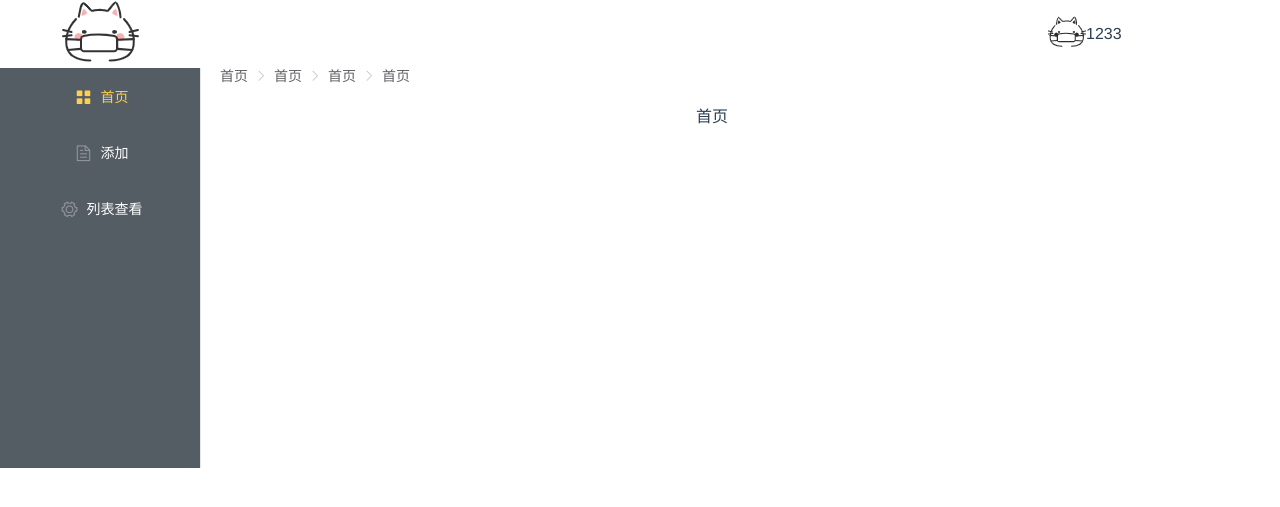
Repository: faintout/backMng
Page: / (app in backmng/)
An editor plug-in stored every save of this project. The page is shown before and after the next save, followed by the edit.
The browser window is 1280 px wide. The pictures show the whole page.
The project was rebuilt for these pictures with package versions that can differ from the ones it lists, and the page was loaded fresh each time. Also part of the build but not shown: backmng/vue.config.js.

Above is the page before, as saved 2020-12-31 14:57:33.

### backmng/public/index.html
<!DOCTYPE html>
<html lang="en">
  <head>
    <meta charset="utf-8">
    <meta http-equiv="X-UA-Compatible" content="IE=edge">
    <meta name="viewport" content="width=device-width,initial-scale=1.0">
    <link rel="icon" href="<%= BASE_URL %>favicon.ico">
    <title><%= htmlWebpackPlugin.options.title %></title>
  </head>
  <!-- <script src="https://cdn.bootcdn.net/ajax/libs/jquery/3.5.1/jquery.js"></script> -->
  <body>
    <noscript>
      <strong>We're sorry but <%= htmlWebpackPlugin.options.title %> doesn't work properly without JavaScript enabled. Please enable it to continue.</strong>
    </noscript>
    <div id="app"></div>
    <!-- built files will be auto injected -->
  </body>
</html>

### backmng/src/main.js
import Vue from 'vue'
import App from './App.vue'
import router from './router'
import store from './store'
import ElementUI from 'element-ui'
import 'element-ui/lib/theme-chalk/index.css'
import './assets/index.css'
import $ from 'jquery'
import axios from "axios"

Vue.use(ElementUI)
// Vue.use(axios)
Vue.prototype.$axios = axios;
Vue.config.productionTip = false

new Vue({
  router,
  store,
  render: h => h(App)
}).$mount('#app')

### backmng/src/App.vue
<template>
  <div id="app">
    <router-view/>
  </div>
</template>

<style lang="less">
#app {
  font-family: Avenir, Helvetica, Arial, sans-serif;
  -webkit-font-smoothing: antialiased;
  -moz-osx-font-smoothing: grayscale;
  text-align: center;
  color: #2c3e50;
  height: 100%;
}

#nav {
  padding: 30px;

  a {
    font-weight: bold;
    color: #2c3e50;

    &.router-link-exact-active {
      color: #42b983;
    }
  }
}
</style>

### backmng/src/router/index.js
import Vue from 'vue'
import VueRouter from 'vue-router'
import Layout from '../views/layout.vue'
import _index from '../views/_index.vue'
import addList from '../views/addList.vue'
import list from '../views/list.vue'
import login from '../views/login.vue'

Vue.use(VueRouter)

const routes = [
    // {
    //     path:'*',
    //     name:'redirect',
    //     redirect:'/login'
    // },
    {
        path:'/',
        name:'redirect',
        redirect:'/_index'
    },
    {
        path:'/login',
        name:'login',
        component:login
    },
    {
        path: '/layout',
        name: 'Layout',
        component: Layout,
        redirect:'/_index',
        children: [
            {
                path: '/_index',
                name: '首页',
                component: _index,
            },
            {
                path: '/addList',
                name: '添加',
                component: addList,
            },
            {
                path: '/list',
                name: '列表查看',
                component: list,
            },
        ]
    },
]

const router = new VueRouter({
    routes
})

export default router

### backmng/src/store/index.js
import Vue from 'vue'
import Vuex from 'vuex'
import local from '../toolUtil/local.js'

Vue.use(Vuex)

export default new Vuex.Store({
    state: {
        token: local('backMng_token')?local('backMng_token'):''
    },
    mutations: {
        setToken(state, token) {
            //   state.token = token/
            local('backMng_token', token)
            //设置token
            state.token = token
        },
        getToken(state) {
            let token = local('backMng_token')
            state.token =token?token:''
      }
    },
    actions: {
    },
    modules: {
    }
})

### backmng/src/assets/index.css
* {
    /* width: 100%;
    height: 100%; */
    padding: 0;
    margin: 0;
}
html,body{
    height: 100%;
}
.h100{
    height: 100%;
}

### backmng/src/views/layout.vue
<template>
    <div class="h100">
        <div class="menu_list" style="width:200px;float:left">
            <!-- <header-top></header-top> -->
            <img :src="require('../assets/images/'+(!isCollapse?'7':'7_25px')+'.png')" alt="" @click="isCollapse = !isCollapse" :style="{left:isCollapse?'-64px':0}">
            <!-- <img src="../assets/images/7.png" alt="" @click="isCollapse = !isCollapse" style="cursor:pointer;"> -->
            <el-row class="tac h100">
                <el-col :span="12" class="h100">
                    <el-menu default-active="/_index" router class="el-menu-vertical-demo" @open="handleOpen" @close="handleClose" background-color="#545c64" text-color="#fff" active-text-color="#ffd04b" :collapse="isCollapse">
                        <el-menu-item index="/_index">
                            <i class="el-icon-menu"></i>
                            <span slot="title">首页</span>
                        </el-menu-item>
                        <el-menu-item index="/addList">
                            <i class="el-icon-document"></i>
                            <span slot="title">添加</span>
                        </el-menu-item>
                        <el-menu-item index="/list">
                            <i class="el-icon-setting"></i>
                            <span slot="title">列表查看</span>
                        </el-menu-item>
                    </el-menu>
                </el-col>
            </el-row>
        </div>
        <div style="width:80%;float:left">
            <header-top></header-top>
            <div class="content">
                <el-breadcrumb separator-class="el-icon-arrow-right"  style="margin: 5px 0 20px 20px;">
                    <el-breadcrumb-item>{{$route.name}}</el-breadcrumb-item>
                    <el-breadcrumb-item>{{$route.name}}</el-breadcrumb-item>
                    <el-breadcrumb-item>{{$route.name}}</el-breadcrumb-item>
                    <el-breadcrumb-item>{{$route.name}}</el-breadcrumb-item>
                </el-breadcrumb>
                <router-view></router-view>
            </div>
        </div>


    </div>
</template>

<script>
    import headerTop from './headerTop'
    export default {
        components: {
            headerTop
        },
        data() {
            return {
                isCollapse: false
            }
        },
        watch: {},
        computed: {},
        methods: {
            handleOpen(key, keyPath) {
                console.log(key, keyPath);
            },
            handleClose(key, keyPath) {
                console.log(key, keyPath);
            }
        },
        mounted() {},
        created() {},
    }
</script>
<style lang="less" scoped>
    .el-menu-vertical-demo:not(.el-menu--collapse) {
        width: 200px;
        min-height: 400px;
        // height: calc(100% - 64px);
    }

    .menu_list {
        img {
            cursor: pointer;
            position: relative,
        }
    }
</style>

### backmng/src/views/_index.vue
<template>
  <div>首页</div>
</template>

<script>
export default {
  components:{},
  data(){
    return {
    }
  },
  watch:{},
  computed:{},
  methods:{},
  mounted(){},
  created(){},
}
</script>
<style lang="less" scoped>
</style>

### backmng/src/toolUtil/local.js
export default   (key, value) => {
    return value ? localStorage.setItem(key, value) : localStorage.getItem(key)
}
// export local

### backmng/src/views/headerTop.vue
<template>
    <div>
        <div class="header">
            <div class="user_info">
                <div class="user_pic">
                    <img src="../assets/images/user_pic.png" alt="">
                </div>
                <div class="user_name">1233</div>
            </div>
        </div>
    </div>
</template>

<script>
    export default {
        components: {},
        data() {
            return {}
        },
        watch: {},
        computed: {},
        methods: {},
        mounted() {},
        created() {},
    }
</script>
<style lang="less" scoped>
    .header {
        // display: flex;
        justify-content: space-between;
        height: 64px;
        width: 100%;
        vertical-align: middle;
        display: inline-block;
        // img{
        //     float: left;
        // }
    }

    .user_info div {
        display: inline-block;
        margin-top: 16px;
    }

    .user_info {
        text-align: center;
        margin-right: 10%;
        vertical-align: middle;
        float: right;
    }

    .user_name {
        vertical-align: middle;
        display: inline-block;
    }

    .user_pic {
        vertical-align: middle;
    }
</style>

### backmng/src/views/addList.vue
<template>
    <div>
        <el-form :model="ruleForm" :rules="rules" ref="ruleForm" label-width="100px" class="demo-ruleForm">
            <el-form-item label="活动名称" prop="name">
                <el-input v-model="ruleForm.name"></el-input>
            </el-form-item>
            <el-form-item label="活动名称" prop="info">
                <el-input v-model="ruleForm.info"></el-input>
            </el-form-item>
            <el-form-item label="info1" prop="info1">
                <el-input v-model="ruleForm.name"></el-input>
            </el-form-item>
            <el-form-item label="info2" prop="info2">
                <el-input v-model="ruleForm.name"></el-input>
            </el-form-item>
            <el-form-item label="info3" prop="info3">
                <el-input v-model="ruleForm.name"></el-input>
            </el-form-item>
            <el-form-item label="info4" prop="info4">
                <el-input v-model="ruleForm.name"></el-input>
            </el-form-item>
            <el-form-item label="info5" prop="info5">
                <el-input v-model="ruleForm.name"></el-input>
            </el-form-item>
            <el-form-item label="info6" prop="info6">
                <el-input v-model="ruleForm.name"></el-input>
            </el-form-item>
            <!-- <el-form-item label="活动区域" prop="region">
                <el-select v-model="ruleForm.region" placeholder="请选择活动区域">
                    <el-option label="区域一" value="shanghai"></el-option>
                    <el-option label="区域二" value="beijing"></el-option>
                </el-select>
            </el-form-item>
            <el-form-item label="活动时间" required>
                <el-col :span="11">
                    <el-form-item prop="date1">
                        <el-date-picker type="date" placeholder="选择日期" v-model="ruleForm.date1" style="width: 100%;"></el-date-picker>
                    </el-form-item>
                </el-col>
                <el-col class="line" :span="2">-</el-col>
                <el-col :span="11">
                    <el-form-item prop="date2">
                        <el-time-picker placeholder="选择时间" v-model="ruleForm.date2" style="width: 100%;"></el-time-picker>
                    </el-form-item>
                </el-col>
            </el-form-item>
            <el-form-item label="即时配送" prop="delivery">
                <el-switch v-model="ruleForm.delivery"></el-switch>
            </el-form-item>
            <el-form-item label="活动性质" prop="type">
                <el-checkbox-group v-model="ruleForm.type">
                    <el-checkbox label="美食/餐厅线上活动" name="type"></el-checkbox>
                    <el-checkbox label="地推活动" name="type"></el-checkbox>
                    <el-checkbox label="线下主题活动" name="type"></el-checkbox>
                    <el-checkbox label="单纯品牌曝光" name="type"></el-checkbox>
                </el-checkbox-group>
            </el-form-item>
            <el-form-item label="特殊资源" prop="resource">
                <el-radio-group v-model="ruleForm.resource">
                    <el-radio label="线上品牌商赞助"></el-radio>
                    <el-radio label="线下场地免费"></el-radio>
                </el-radio-group>
            </el-form-item>
            <el-form-item label="活动形式" prop="desc">
                <el-input type="textarea" v-model="ruleForm.desc"></el-input>
            </el-form-item> -->
            <el-form-item>
                <el-button type="primary" @click="submitForm('ruleForm')">立即创建</el-button>
                <el-button @click="resetForm('ruleForm')">重置</el-button>
            </el-form-item>
        </el-form>
    </div>
</template>

<script>
    export default {
        components: {},
        data() {
            return {
                ruleForm: {
                    name: '',
                    info: '',
                    info1: '',
                    info2: '',
                    info3: '',
                    info4: '',
                    info5: '',
                    info6: ''
                },
                rules: {
                    name: [
                        { required: true, message: '内容不能为空', trigger: 'blur' },
                    ],
                    info: [
                        { required: true, message: '内容不能为空', trigger: 'blur' },
                    ],
                    // date1: [
                    //     { type: 'date', required: true, message: '请选择日期', trigger: 'change' }
                    // ],
                    // date2: [
                    //     { type: 'date', required: true, message: '请选择时间', trigger: 'change' }
                    // ],
                    // // type: [
                    // //     { type: 'array', required: true, message: '请至少选择一个活动性质', trigger: 'change' }
                    // // ],
                    // // resource: [
                    // //     { required: true, message: '请选择活动资源', trigger: 'change' }
                    // // ],
                    // desc: [
                    //     { required: true, message: '请填写活动形式', trigger: 'blur' }
                    // ]
                }
            }
        },
        porp:['editData'],
        watch: {
            editData(n,o){
                this.ruleForm = n
            }
        },
        computed: {},
        methods: {
            submitForm(formName) {
                this.$refs[formName].validate((valid) => {
                    if (valid) {
                        // alert('submit!');
                        // 提交
                    } else {
                        // console.log('error submit!!');
                        this.$message.error('请输入必填信息！')
                        return false;
                    }
                });
            },
            resetForm(formName) {
                this.$refs[formName].resetFields();
            }
        },
        mounted() {},
        created() {},
    }
</script>
<style lang="less" scoped>
</style>

### backmng/src/views/list.vue
<template>
    <div class="list_content">
        <el-table class="list_content_table" :data="tableData.filter(data => !search || data.name.toLowerCase().includes(search.toLowerCase()))" style="width: 100%">
            <el-table-column label="Date" prop="date">
            </el-table-column>
            <el-table-column label="Name" prop="name">
            </el-table-column>
            <!-- <el-table-column label="Name" prop="name">
            </el-table-column>
            <el-table-column label="Name" prop="name">
            </el-table-column>
            <el-table-column label="Name" prop="name">
            </el-table-column>
            <el-table-column label="Name" prop="name">
            </el-table-column>
            <el-table-column label="Name" prop="name">
            </el-table-column> -->
            <el-table-column align="right">
                <template slot="header" >
                    <el-input v-model="search" size="mini" placeholder="输入关键字搜索" />
                </template>
                <template slot-scope="scope">
                    <el-button size="mini" @click="handleEdit(scope.$index, scope.row)">Edit</el-button>
                    <el-button size="mini" type="danger" @click="handleDelete(scope.$index, scope.row)">Delete</el-button>
                </template>
            </el-table-column>
        </el-table>
        <!-- 每页14个 -->
        <el-pagination background layout="prev, pager, next" :total="1000">
        </el-pagination>
        <el-dialog title="修改信息" :visible.sync="dialogVisible" width="70%">
            <addList :editData="editData"></addList>
            <span slot="footer" class="dialog-footer">
                <el-button @click="dialogVisible = false">取 消</el-button>
                <el-button type="primary" @click="dialogVisible = false">确 定</el-button>
            </span>
        </el-dialog>
    </div>
</template>

<script>
    import addList from './addList'
    export default {
        components: { addList },
        data() {
            return {
                editData:'',
                dialogVisible: false,
                tableData: [{
                    date: '2016-05-02',
                    name: '王小虎',
                    address: '上海市普陀区金沙江路 1518 弄'
                }, {
                    date: '2016-05-04',
                    name: '王小虎',
                    address: '上海市普陀区金沙江路 1517 弄'
                }, {
                    date: '2016-05-01',
                    name: '王小虎',
                    address: '上海市普陀区金沙江路 1519 弄'
                }, {
                    date: '2016-05-03',
                    name: '王小虎',
                    address: '上海市普陀区金沙江路 1516 弄'
                }],
                search: ''
            }
        },
        watch: {},
        computed: {},
        methods: {
            handleEdit(index, row) {
                console.log(index, row);
                this.dialogVisible = true
                this.editData = row
            },
            handleDelete(index, row) {
                console.log(index, row);
            },
            addData() {
                for (let i = 0; i < 100; i++) {
                    this.tableData.push({
                        date: '2016-05-02',
                        name: '王小虎',
                        address: '上海市普陀区金沙江路 1518 弄'
                    })
                }
            }
        },
        mounted() {},
        created() {
            this.addData()
        },
    }
</script>
<style lang="less" scoped>
    .list_content {
        width: 100%;
        height: 100%;
    }

    .list_content_table {
        width: 90%;
        margin-left: 5%;
        height: 820px;
        overflow: scroll;
    }
</style>

### backmng/src/views/login.vue
<template>
    <div class="bgc" :style="{background:'url('+imgUrl+')'}">
        <div class="login_contnet">
            <div class="user_admin">
                <el-input v-model="userName" placeholder="请输入用户名" size="small"></el-input>

            </div>
            <div class="user_password">
                <el-input v-model="passWord" placeholder="请输入密码" show-password size="small"></el-input>

            </div>
            <el-button type="primary" @click="login" size="small">登录</el-button>
        </div>

    </div>
</template>

<script>
    import { AjaxTool } from '../request/request'
    import store from '../store/index'
    import local from '../toolUtil/local'
    import router from '../router/index'
    export default {
        components: {},
        data() {
            return {
                userName: '',
                passWord: '',
                imgUrl: ''
            }
        },
        watch: {},
        computed: {},
        methods: {
            login() {
                AjaxTool.login({ "userName": this.userName, "passWord": this.passWord, }).then(
                    res => {
                        //本地存储
                        if (res.success) {
                            local('backMng_token', res.token)
                            this.$message({
                                type: 'success',
                                message: res.msg
                            })
                            router.push('/')
                        } else {
                            this.$message.error(res.msg)
                        }
                    }
                )
            }
        },
        mounted() {
            var self = this
            $.ajax({
                type: "GET",
                url: '/img/acgurl.php?return=json',
                success: res => {
                    console.log(res);
                    // this.$nick()
                    // self.imgUrl = res.imgurl
                }
            })
        },
        created() {

        },
    }
</script>
<style lang="less" scoped>
    .login_contnet {
        position: relative;
        width: 10%;
        border: 1px solid #fff;
        border-radius: 10px;
        padding: 2% 3%;
        background-color: rgba(255, 255, 255, 0.4);
        left: 65%;
        top: 40%;
    }

    .bgc {
        width: 100%;
        height: 100%;
    }

    .user_admin,
    .user_password {
        margin-bottom: 5%;
    }
</style>

### backmng/src/request/request.js
import axios from 'axios'
import store from '../store/index.js'
import router from '../router/index.js'
// axios.defaults.baseURL = 'http://172.17.35.25:9706'
axios.defaults.baseURL = '/server'




//添加一个请求拦截器
axios.interceptors.request.use(function (config) {
    store.commit('getToken')
    let user = store.state.token;
    config.headers.common['token'] = user||'';
    //console.dir(config);
    return config;
}, function (error) {
    // Do something with request error
    console.info("error: ");
    console.info(error);
    return Promise.reject(error);
});

// 添加一个响应拦截器
axios.interceptors.response.use(function (response) {
    if (response.data && response.data.code) {
        if (parseInt(response.data.code) === 108 || parseInt(response.data.code) === 109) {
            //未登录
            response.data.msg = "登录信息已失效，请重新登录";
            this.$message.error(response.data.msg);
            router.push('/login');
        }
        if (parseInt(response.data.code) === -1) {
            road.$message.error("请求失败");
        }
    }
    return response;
}, function (error) {
    // Do something with response error
    console.dir(error);
    road.$message.error("服务器连接失败");
    return Promise.reject(error);
})

const getData = (url, params, header) => {
    return new Promise((resolve, reject) => {
        axios['post'](url, params, header).then(res => {
            resolve(res.data)
        }).catch(err => {
            reject(err)
        })
    })
}
const AjaxTool = {
    // getters
    login(params) {
        return new Promise((resolve, reject) => {
            getData('/login', params).then(res => {
                if (res.success) {
                    resolve(res);
                } else {
                    this.$message({
                        type:'error',
                        message:res.msg
                    })
                    reject(res);
                }
            }, err => {
                this.$message({
                    type:'error',
                    message:err.msg
                })
                reject(err);
            });
        });
    }
}

export {
    AjaxTool
}

After the next save:
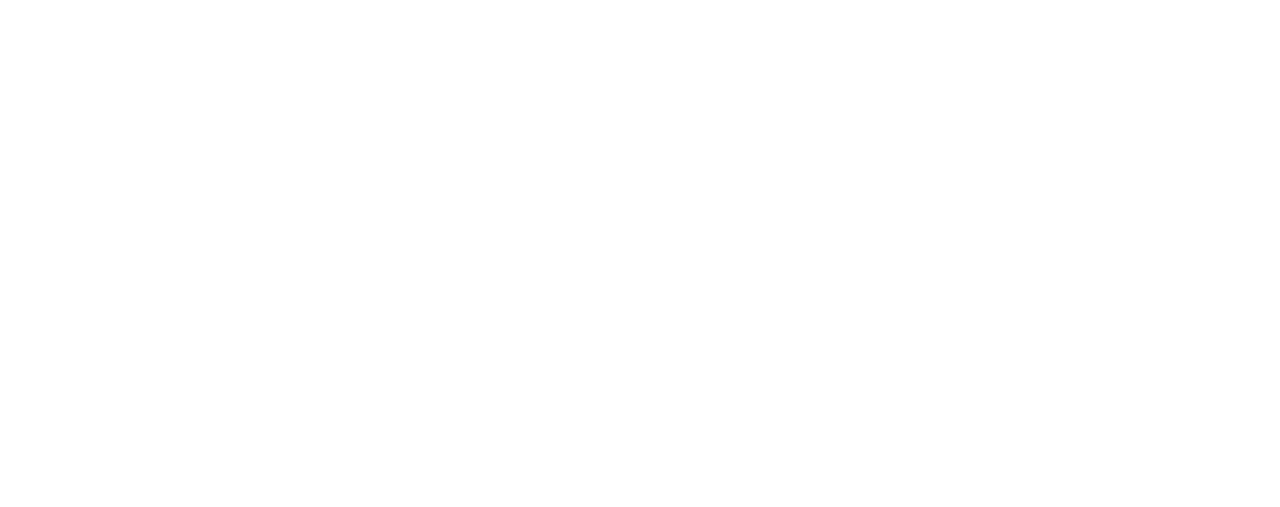
Console error: TypeError: Cannot read properties of undefined (reading 'beforeEach')
Saved 62 s later.
--- a/backmng/src/router/index.js
+++ b/backmng/src/router/index.js
@@ -5,6 +5,7 @@
 import addList from '../views/addList.vue'
 import list from '../views/list.vue'
 import login from '../views/login.vue'
+import store from '../store/index.js'
 
 Vue.use(VueRouter)
 
@@ -48,6 +49,19 @@
         ]
     },
 ]
+router.beforeEach((to, from, next) => {
+    if (to.path === '/login') {
+      next();
+    } else {
+      let token = localStorage.getItem('Authorization');
+
+      if (token === 'null' || token === '') {
+        next('/login');
+      } else {
+        next();
+      }
+    }
+  });
 
 const router = new VueRouter({
     routes

After the 3 saves that followed:
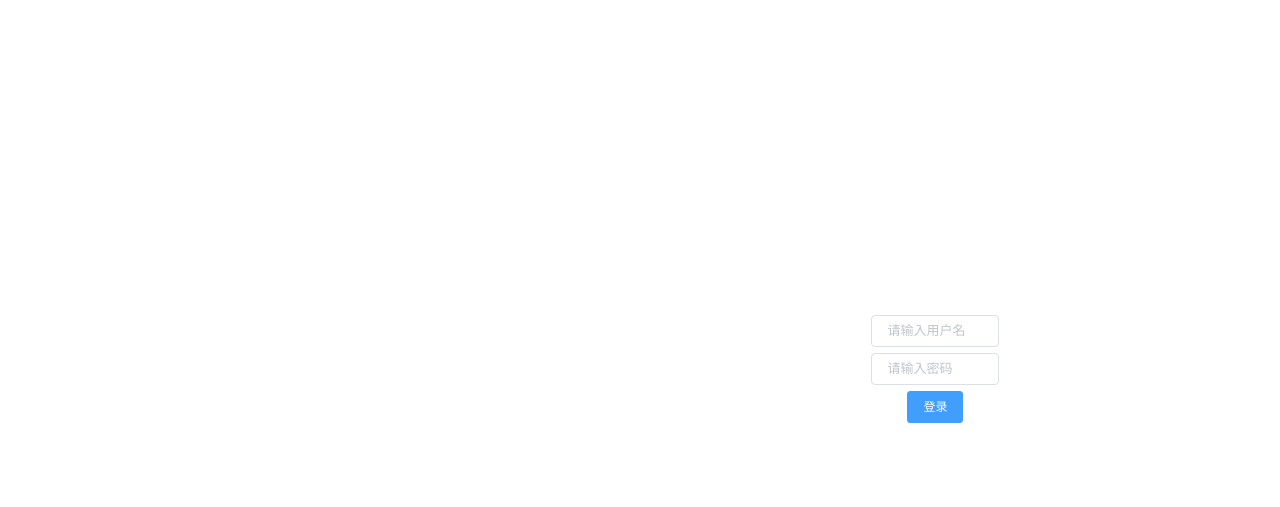
The error is gone.
The 3 saves are shown as one change because 2 left the picture as it was.
The last was saved 95 s later.
--- a/backmng/src/router/index.js
+++ b/backmng/src/router/index.js
@@ -49,13 +49,18 @@
         ]
     },
 ]
+
+
+const router = new VueRouter({
+    routes
+})
 router.beforeEach((to, from, next) => {
     if (to.path === '/login') {
       next();
     } else {
-      let token = localStorage.getItem('Authorization');
+      let token = store.state.token
 
-      if (token === 'null' || token === '') {
+      if (!token) {
         next('/login');
       } else {
         next();
@@ -63,8 +68,4 @@
     }
   });
 
-const router = new VueRouter({
-    routes
-})
-
 export default router
